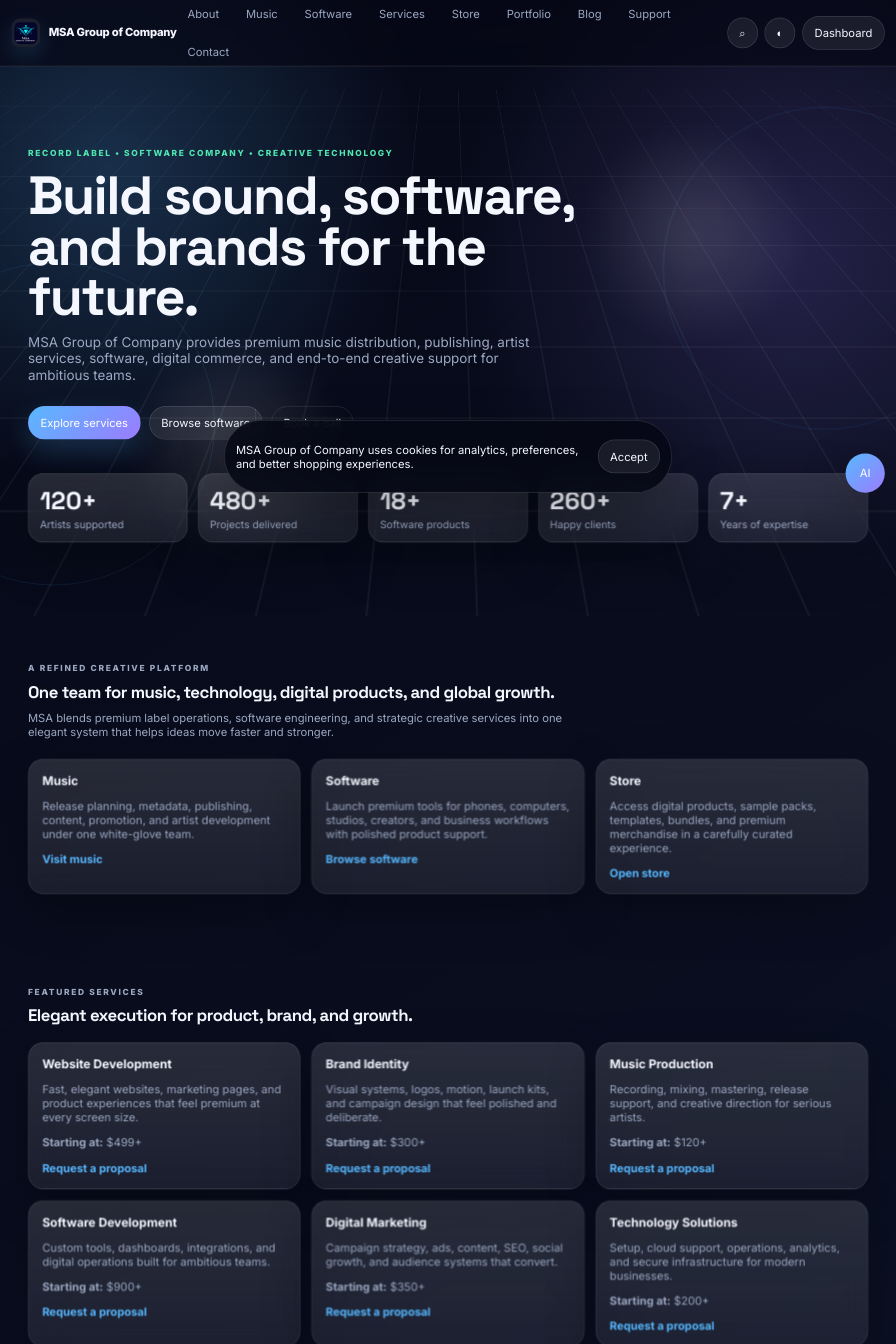
Repository: wifiasert/MSA-Group-of-Company
Page: index.html
These files come from the project's save history. The page is drawn as it stood at one moment and after the next save; the edit follows.
The browser window is 1280 px wide. The pictures show the part of the page from y = 0 to 1920 px (the page is 3017 px tall before and 3009 px after), at 70% of full size.

Above is the page before, as saved 2026-07-10 02:58:54.

After the next save:
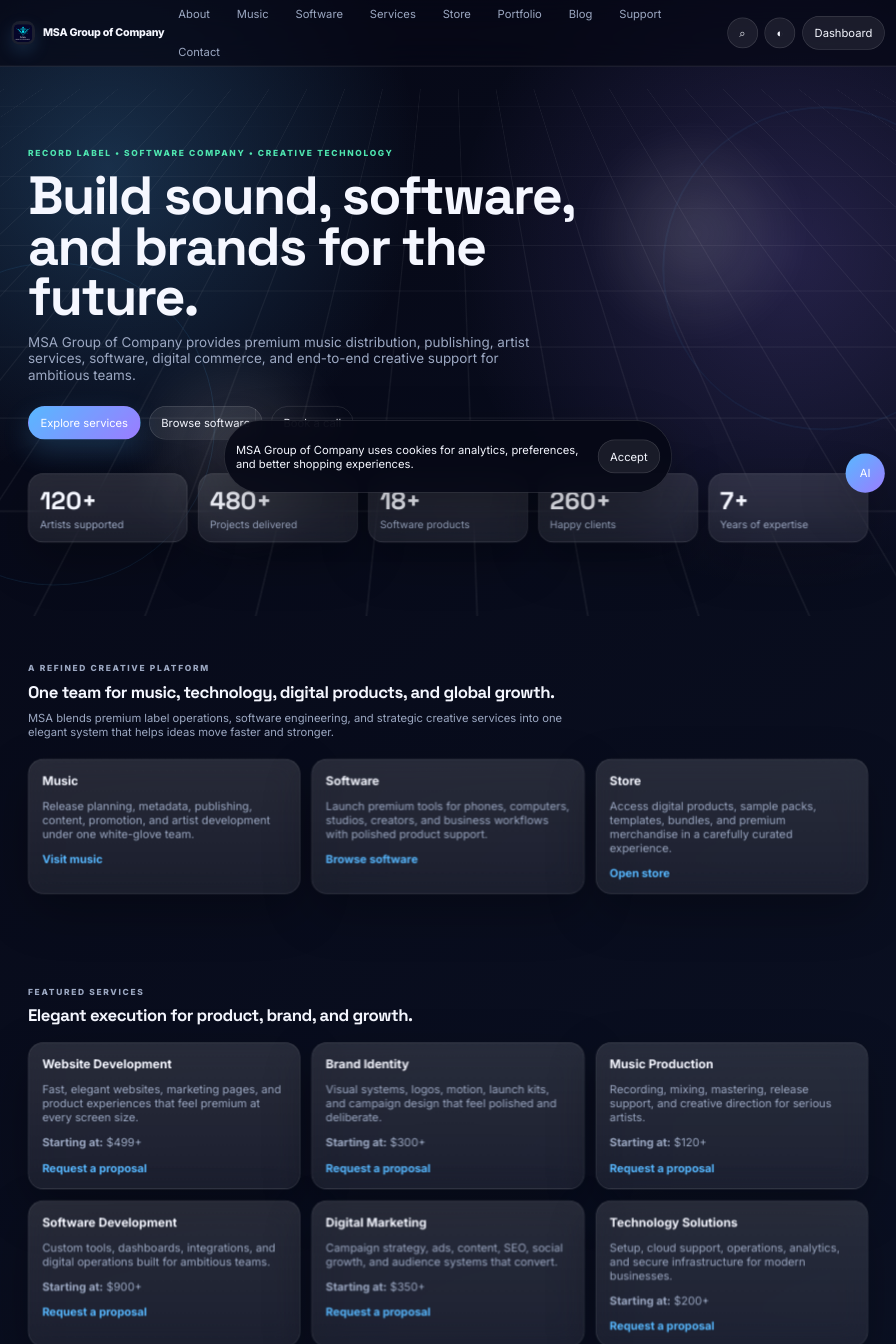
Saved 4 min 54 s later.
--- a/styles.css
+++ b/styles.css
@@ -71,9 +71,9 @@
   display: inline-flex; align-items: center; gap: .72rem; font-weight: 800; letter-spacing: -.02em; white-space: nowrap;
 }
 .brand-logo {
-  width: 42px; height: 42px; object-fit: contain; border-radius: 14px; padding: .28rem; background: rgba(255,255,255,.08); box-shadow: 0 12px 32px rgba(88,184,255,.16);
-}
-.brand-text { line-height: 1.1; }
+  width: 34px; height: 34px; object-fit: contain; border-radius: 12px; padding: .22rem; background: rgba(255,255,255,.08); box-shadow: 0 10px 24px rgba(88,184,255,.16);
+}
+.brand-text { line-height: 1.1; font-size: .95rem; }
 .nav-links { display: flex; align-items: center; gap: .8rem; margin-left: auto; flex-wrap: wrap; }
 .nav-item { position: relative; }
 .nav-item > a, .submenu a { display: inline-flex; align-items: center; padding: .65rem .8rem; border-radius: 999px; color: var(--muted); transition: background .2s ease, color .2s ease; }
